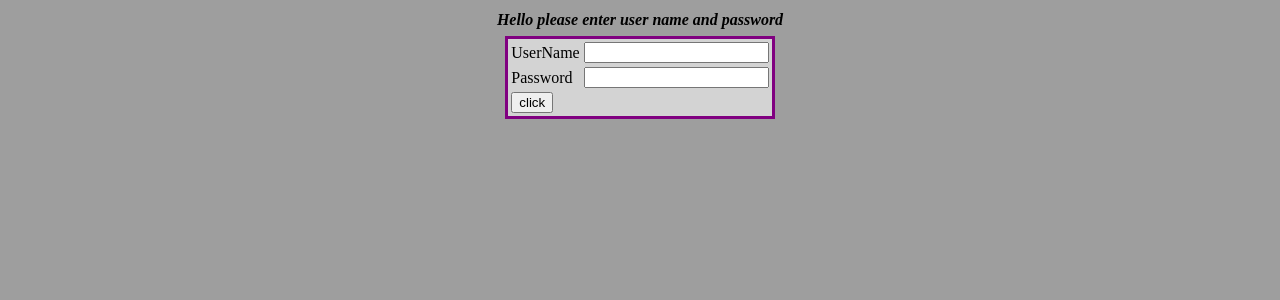
Repository: testGitHub1234cell/Test1
Page: http://localhost/nb/nb/AdminLogin.jsp
The author's editor kept a copy of each file at every save. The page is drawn from the files as they stood at one save, then again after the next save.
The browser window is 1280 px wide. The pictures show the whole page.
The page is served by Tomcat 9. Other server files are loaded and not shown.

Above is the page before, as saved 2016-12-17 08:29:28.

### nb/nb/AdminLogin.jsp
<%@ page language="java" contentType="text/html; charset=ISO-8859-1"
    pageEncoding="ISO-8859-1"%>
<!DOCTYPE html PUBLIC "-//W3C//DTD HTML 4.01 Transitional//EN" "http://www.w3.org/TR/html4/loose.dtd">
<html>
<head>
<meta http-equiv="Content-Type" content="text/html; charset=ISO-8859-1">
<title>Admin Login</title>
</head>
<body image background="C:\Users\Public\Pictures\Sample Pictures" >
<%
int status=1;
Object msg= request.getAttribute("ERRORMSG");
if ( msg != null )
{
	status=0;
	out.print(msg);

}
if(status==1 || status==0)
{
%>
<table align="center">
<tr><td><b><i>Hello please enter user name and password</i></b><tr><td>
</table>

<form action="Controller">
<input type=hidden name=type value=3>
<table align="center" bgcolor="lightgray" bordercolor="purple">
<tr>
<td>UserName</td>
<td><input type=text name=uname></td>
</tr>
<tr>
<td>Password</td>
<td><input type=text name=password></td>
</tr>
<tr>
<td><input type="submit" value="click"></td>
</tr>
</table>
</form>
</body>
<%
}
%>
</html>

After the next save:
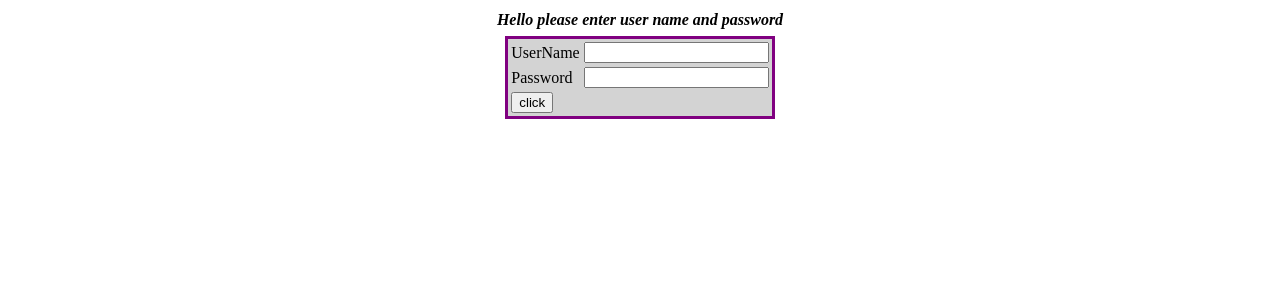
Saved 73 s later.
--- a/nb/nb/AdminLogin.jsp
+++ b/nb/nb/AdminLogin.jsp
@@ -6,7 +6,7 @@
 <meta http-equiv="Content-Type" content="text/html; charset=ISO-8859-1">
 <title>Admin Login</title>
 </head>
-<body image background="C:\Users\Public\Pictures\Sample Pictures" >
+<body image background src ="C:\Users\Public\Pictures\Sample Pictures" >
 <%
 int status=1;
 Object msg= request.getAttribute("ERRORMSG");
